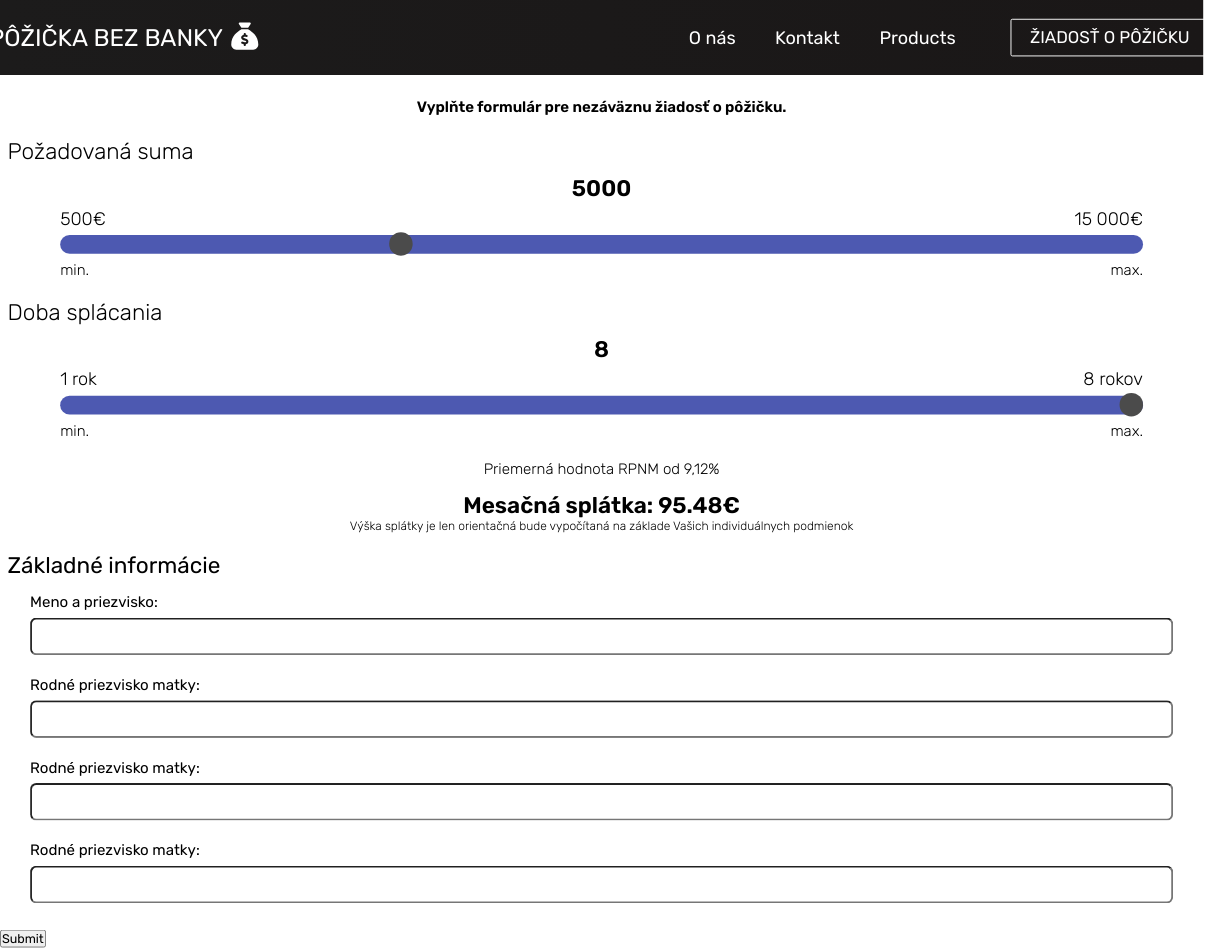
Repository: steve-lgtm/React-website-pozickabezbanky
Page: /ziadost
The author's editor kept a copy of each file at every save. The page is drawn from the files as they stood at one save, then again after the next save.
The browser window is 1280 px wide. The page is 1305 px wide, so the pictures cover 1305 px, including what lies to the right of the window. The pictures show the whole page, at 94% of full size.
Some web libraries are served in a nearby version. The project was rebuilt for these pictures with package versions that can differ from the ones it lists, and the page was loaded fresh each time. Also part of the build but not shown: src/components/pages/Home.js, src/components/pages/Kontakt.js, src/components/pages/Products.js.

Above is the page before, as saved 2022-07-11 19:39:02.

After the next save:
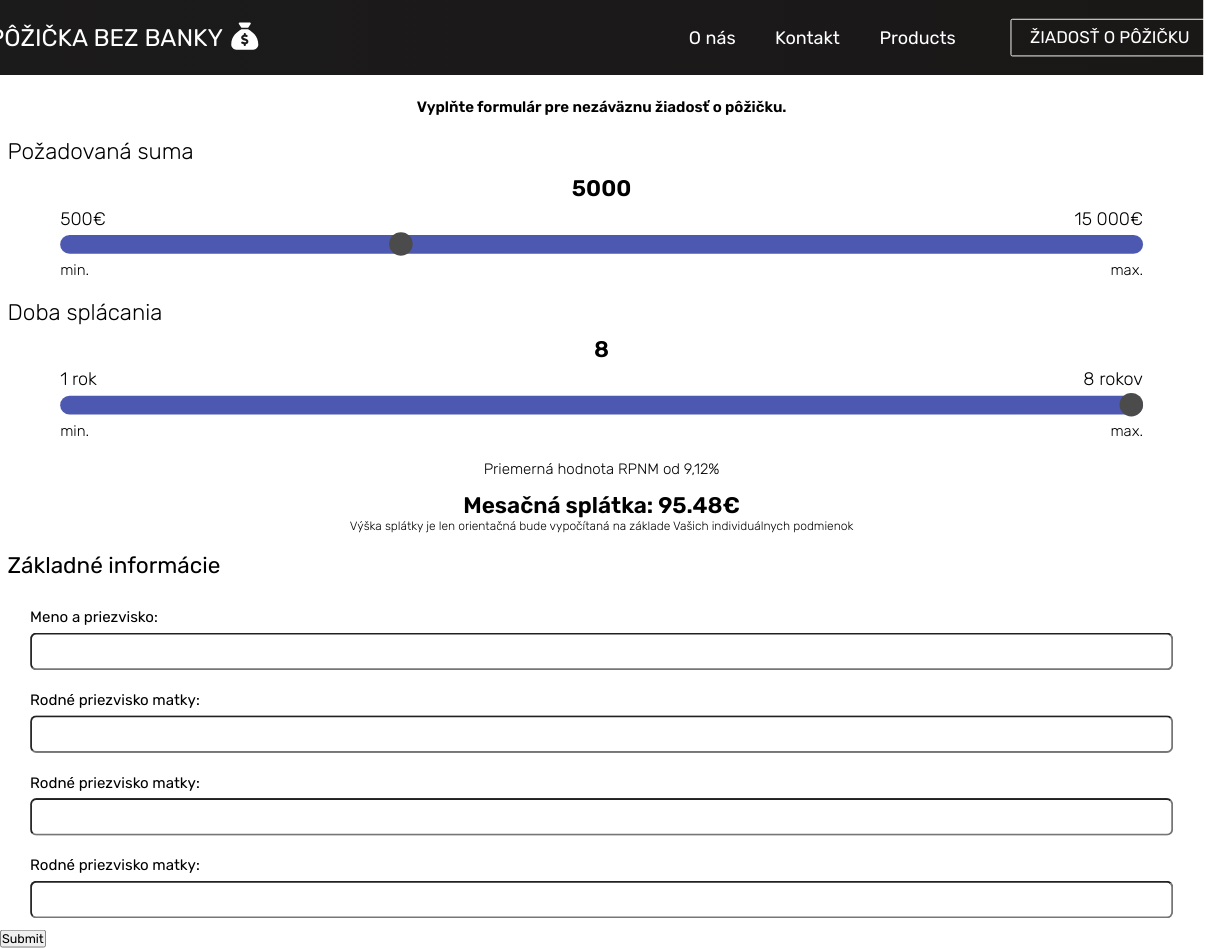
Saved 8 s later.
--- a/src/components/pages/Ziadost.css
+++ b/src/components/pages/Ziadost.css
@@ -91,7 +91,7 @@ font-weight: 300;
     justify-content:space-around;
     height: 4.5em;
     margin: 0 1.5em;
-    margin-bottom: 1em;
+    margin-top: 1em;
 }
 input[type=text] {
     border-radius: 0.5em;
